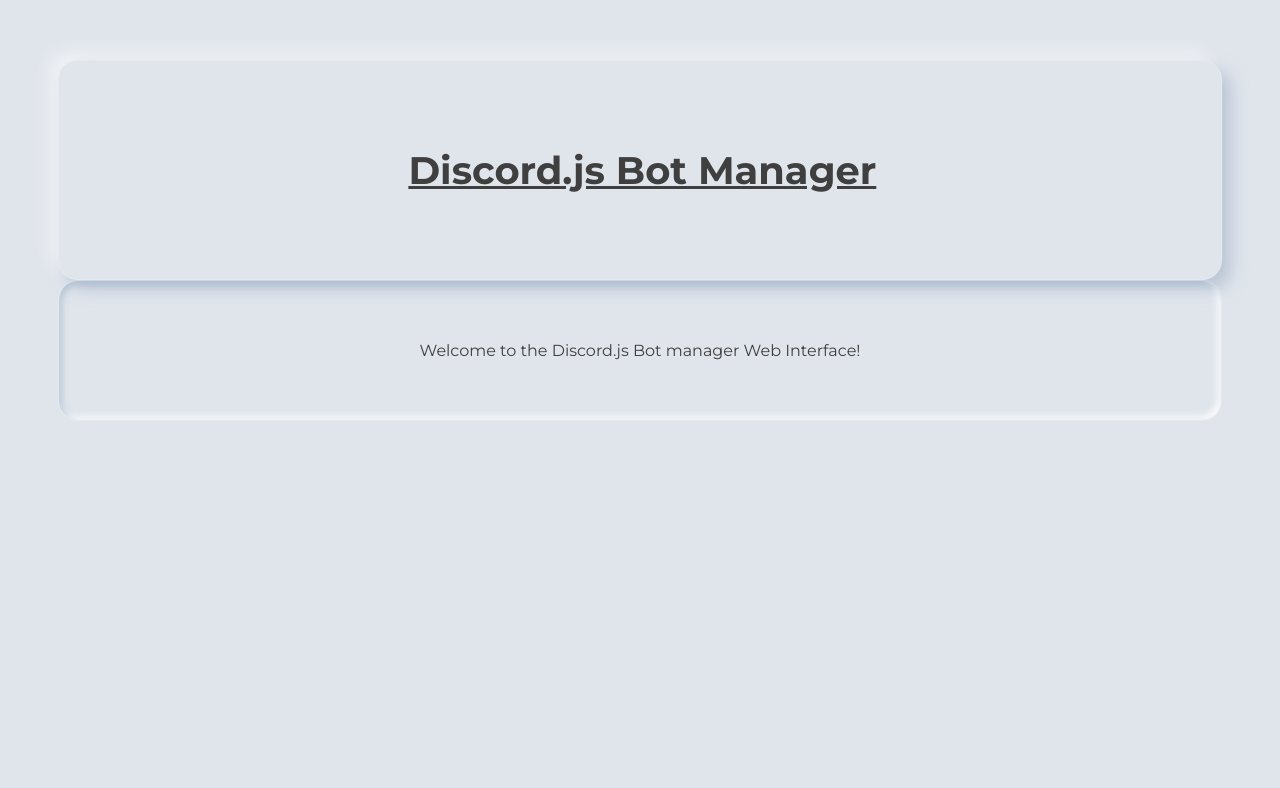
Repository: O-Schell/Discord-Bot-Manager
Page: Web_Interface/main.HTML
An editor plug-in stored every save of this project. The page is shown before and after the next save, followed by the edit.
The browser window is 1280 px wide. The pictures show the whole page.
The style sheet was rebuilt from its Sass, Less or Tailwind sources for each picture, by a compiler version that may differ from the author's.

Above is the page before, as saved 2020-11-23 10:03:59.
Not found: Web_Interface/script.js

### Web_Interface/main.HTML
<!DOCTYPE html>
<html lang="fr">
  <head>
    <meta charset="utf-8" />
    <title>Bot Manager</title>
    <link rel="stylesheet" href="style.css" />
    <script src="script.js"></script>
  </head>

  <body>
    <div
      class="container wrapper"
      style="
        padding-left: 50px;
        padding-right: 50px;
      "
    >
      <div class="row" >
        <div class="card-w col-md-4">
          <div class="card neumorphism">
            <div class="card__icon"></div>
            <div class="card__text">
              <h1><u>Discord.js Bot Manager</u></h1>
            </div>
          </div>
        </div>
      </div>
      <div class="card-w col-md-4" style="font-family: Montserrat; color: #3f3f3f;">
        <div class="card inset">
          <div class="card__icon"></div>
          <div class="card__text">
            <p1>Welcome to the Discord.js Bot manager Web Interface!</p1>
          </div>
        </div>
      </div>
      <!--
    <div class="container wrapper">
      <div class="row">
        <div class="card-w col-md-4">
          <div class="card neumorphism">
            <div class="card__icon"></div>
            <div class="card__text">
              Lorem ipsum dolor sit amet consectetur adipisicing elit. Vitae,
              iusto et. Omnis quam enim vitae, esse dolores hic reiciendis nobis
              eligendi commodi eaque sed maxime non dolorum incidunt laudantium
              facilis!
            </div>
          </div>
        </div>
        <div class="card-w col-md-4">
          <div class="card inset">
            <div class="card__icon"></div>
            <div class="card__text">
              Lorem ipsum dolor sit amet consectetur adipisicing elit. Vitae,
              iusto et. Omnis quam enim vitae, esse dolores hic reiciendis nobis
              eligendi commodi eaque sed maxime non dolorum incidunt laudantium
              facilis!
            </div>
          </div>
        </div>
        <div class="card-w col-md-4">
          <div class="card active">
            <div class="card__icon"></div>
            <div class="card__text">
              Lorem ipsum dolor sit amet consectetur adipisicing elit. Vitae,
              iusto et. Omnis quam enim vitae, esse dolores hic reiciendis nobis
              eligendi commodi eaque sed maxime non dolorum incidunt laudantium
              facilis!
            </div>
          </div>
        </div>
      </div>
    </div>
    --></div>
  </body>
</html>

### Web_Interface/style.scss
@import url("https://fonts.googleapis.com/css?family=Montserrat:400,700&display=swap");

body {
  background-color: #dedede;
}
h1 {
  font-size: 3vw;
  padding-left: 0.5%;
  width: max-content;
  font-family: "Montserrat";
  color: #3f3f3f;
}

/* variables */
$bkg: #f7f8fc;
$l-grad-hex-100: #efeff6;
$l-grad-rgba-100: rgba(179, 202, 226, 0.28);

$d-grad-100: dark;

body {
  //background: linear-gradient(318.32deg, #C3D1E4 0%, #DDE7F3 55%, #D4E0ED 100%);
  background: #e0e5ec;
  min-height: 100vh;
}
.wrapper {
  margin: 60px auto;
}

.neumorphism {
  background-color: #e0e5ec;
  //dark
  box-shadow: 9px 9px 16px rgba(163, 177, 198, 0.6),
    -9px -9px 16px rgba(255, 255, 255, 0.5);
  //light
  //box-shadow: 4px 2px 16px rgba(136, 165, 191, 0.48), -4px -2px 16px #FFFFFF;
}

.card-w {
  .card {
    display: flex;
    flex-direction: column;
    align-items: center;
    padding: 60px 30px;
    border-radius: 30px;
    position: relative;
    background: transparent;
    border-radius: 20px;
    border: 1px solid rgba(255, 255, 255, 0.2);

    .card__icon {
    }
    .card__text {
      text-align: center;
    }
  }
}

/* inset */
.card.inset {
  box-shadow: inset 3px 3px 7px rgba(136, 165, 191, 0.48),
    inset -3px -3px 7px #ffffff;
  i {
    text-shadow: 1px 1px 1px #d6e1ef99, 0 0 0 #000, 1px 1px 1px #d6e1ef00;
  }
}

.card.active {
  box-shadow: 9px 9px 16px rgba(163, 177, 198, 0.6),
    -9px -9px 16px rgba(255, 255, 255, 0.5),
    inset 3px 3px 7px rgba(136, 165, 191, 0.48), inset -3px -3px 7px #ffffff;
  background: linear-gradient(
    318.32deg,
    rgba(163, 177, 198, 0.1) 0%,
    rgba(163, 177, 198, 0.1) 55%,
    rgba(163, 177, 198, 0.25) 100%
  );
}

After the next save:
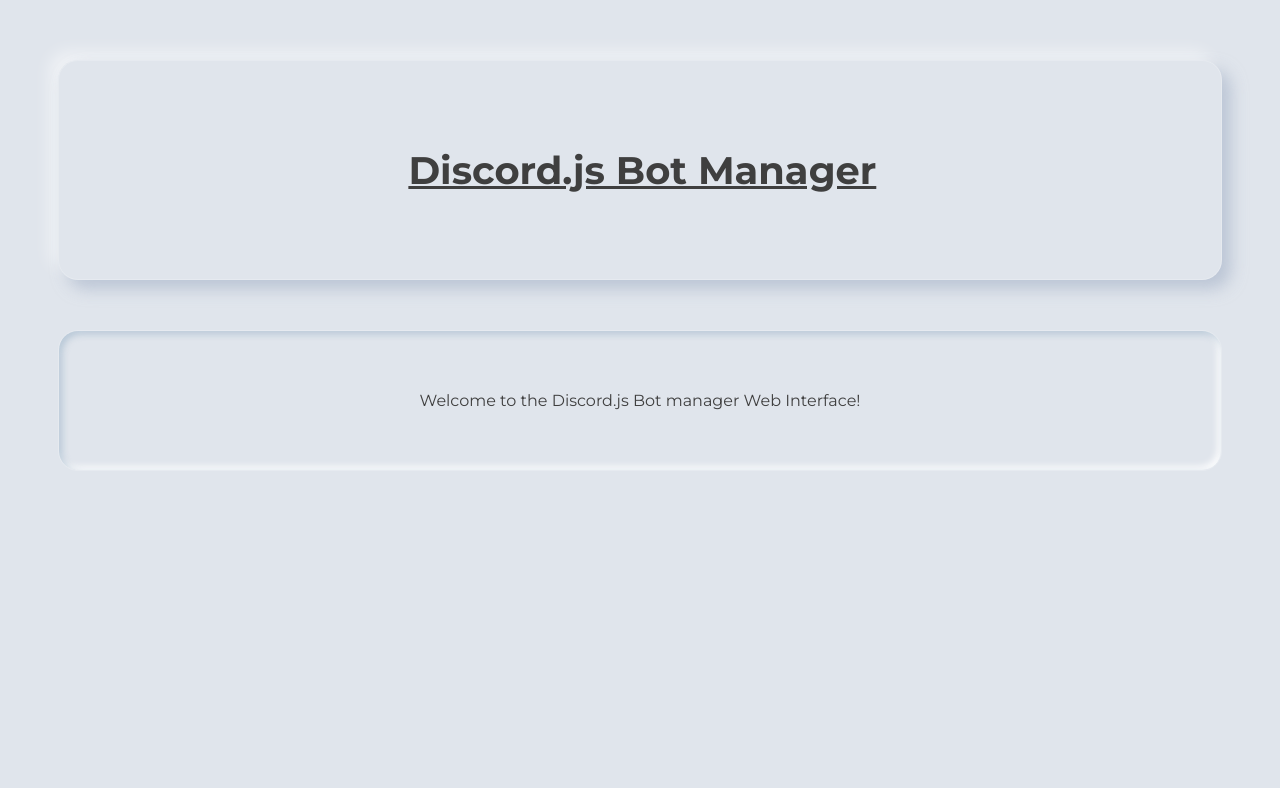
Saved 32 s later.
--- a/Web_Interface/main.HTML
+++ b/Web_Interface/main.HTML
@@ -25,7 +25,7 @@
           </div>
         </div>
       </div>
-      <div class="card-w col-md-4" style="font-family: Montserrat; color: #3f3f3f;">
+      <div class="card-w col-md-4" style="font-family: Montserrat; color: #3f3f3f;padding-top: 50px;">
         <div class="card inset">
           <div class="card__icon"></div>
           <div class="card__text">
